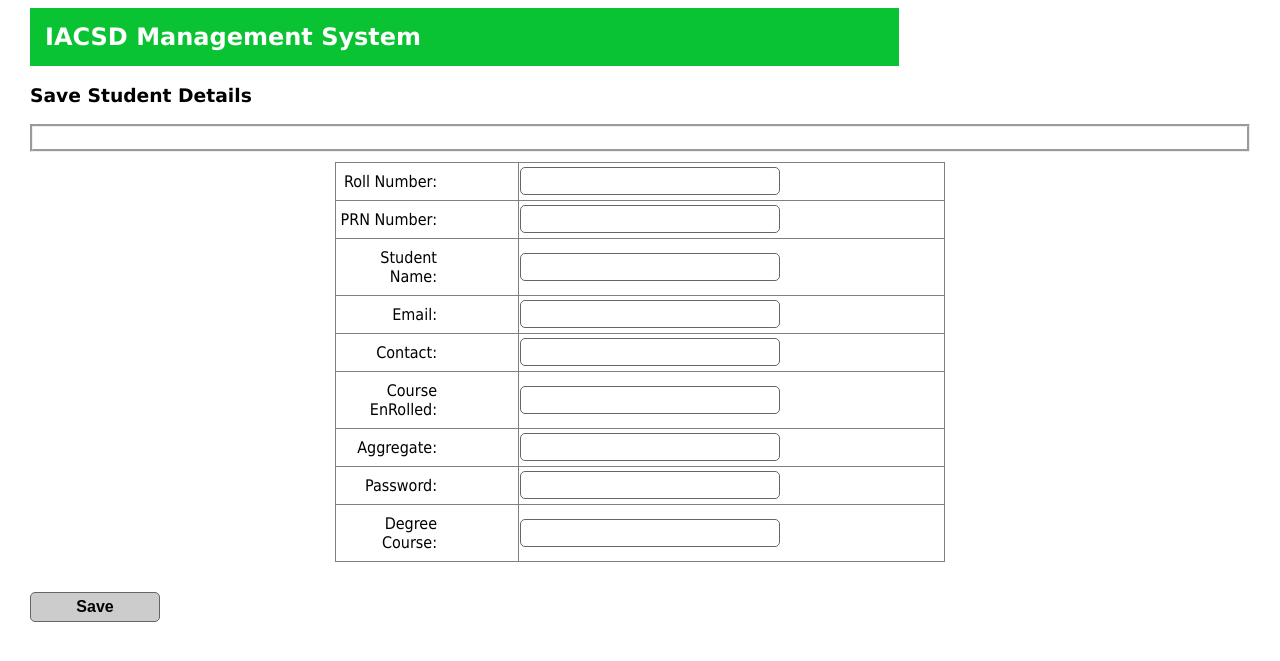
Repository: vsc8791/IMS
Page: http://localhost/web-customer-tracker/WEB-INF/view/student-register-form.jsp
These files come from the project's save history. The page is drawn as it stood at one moment and after the next save; the edit follows.
The browser window is 1280 px wide. The pictures show the whole page.
The page is served by Tomcat 9. Nobody is signed in. Other server files are loaded and not shown. The template is opened directly, without the code that normally fills it, so the values that code supplies are empty.

Above is the page before, as saved 2018-07-26 12:01:18.

### web-customer-tracker/WebContent/WEB-INF/view/student-register-form.jsp
 <%@ taglib prefix="form" uri="http://www.springframework.org/tags/form"%>
<!DOCTYPE html>
<html>
<head>

<title>Save Student</title>
<link type="text/css" rel="stylesheet"
	href="${pageContext.request.contextPath}/resources/css/style.css">

<title>Save Student</title>
<link type="text/css" rel="stylesheet"
	href="${pageContext.request.contextPath}/resources/css/add-customer-style.css">
</head>
<body>
	<div id="wrapper">
		<div id="header">
			<h2>IACSD Management System</h2>
		</div>
	</div>
	<div>
		<h3>Save Student Details</h3>
		<div align="center" style="color:maroon;border: groove;">
		<h1> ${message} </h1>
	</div>
		<form:form action="saveStudentRegistration" modelAttribute="student"
			method="POST">
			<!-- need to associate this data with Student Id -->
			<form:hidden path="id"/>

			<table align="center" border="1">
				<tbody>
					<tr>
						<td><label>Roll Number:</label></td>
						<td><form:input path="rollNumber" type="number" /></td>
					</tr>
					<tr>
						<td><label>PRN Number:</label></td>
						<td><form:input path="prnNumber" type="number"/></td>
					</tr>
					<tr>
						<td><label>Student Name:</label></td>
						<td><form:input path="studentName" /></td>
					</tr>
					<tr>
						<td><label>Email:</label></td>
						<td><form:input path="email" type="email"/></td>
					</tr>
					<tr>
						<td><label>Contact:</label></td>
						<td><form:input path="contact" /></td>
					</tr>
					<tr>
						<td><label>Course EnRolled:</label></td>
						<td><form:input path="course_enrolled" /></td>
					</tr>
					<tr>
						<td><label>Aggregate:</label></td>
						<td><form:input path="aggregate"/></td>
					</tr>
					<tr>
						<td><label>Password:</label></td>
						<td><form:input path="password" type="password" /></td>
					</tr>
					<tr>
						<td><label>Degree Course:</label></td>
						<td><form:input path="degree_course"/></td>
					</tr>

				</tbody>
			</table>


						<input  type="submit" value="Save" class="save" />

		</form:form>

</div>
</body>

</html>

### web-customer-tracker/WebContent/resources/css/style.css
html, body{
	margin-left:15px; margin-right:15px;
	padding:0px;
	font-family:Verdana, Arial, Helvetica, sans-serif;
}

table {
	border-collapse:collapse;
	border-bottom:1px solid gray;
	font-family: Tahoma,Verdana,Segoe,sans-serif;
	width:72%;
}

th {
	border-bottom:1px solid gray;
	background:none repeat scroll 0 0 #09c332;
	padding:10px;
	color: #FFFFFF;
}

tr {
	border-top:1px solid gray;
	text-align:center;
}

tr:nth-child(even) {background: #FFFFFF}
tr:nth-child(odd) {background: #BBBBBB}

#wrapper {width: 100%; margin-top: 0px; }
#header {width: 70%; background:#09c332; margin-top: 0px; padding:15px 0px 15px 15px;}
#header h2 {width: 100%; margin:auto; color: #FFFFFF;}
#container {width: 100%; margin:auto}
#container h3 {color: #000;}
#container #content {margin-top: 20px;}

.add-button {
	border: 1px solid #666;
	border-radius: 5px;
	padding: 4px;
	font-size: 12px;
	font-weight: bold;
	width: 120px;
	padding: 5px 10px;

	margin-bottom: 15px;
	background: #cccccc;
}

Loaded but not shown: web-customer-tracker/WebContent/resources/css/add-customer-style.css (common file)

After the next save:
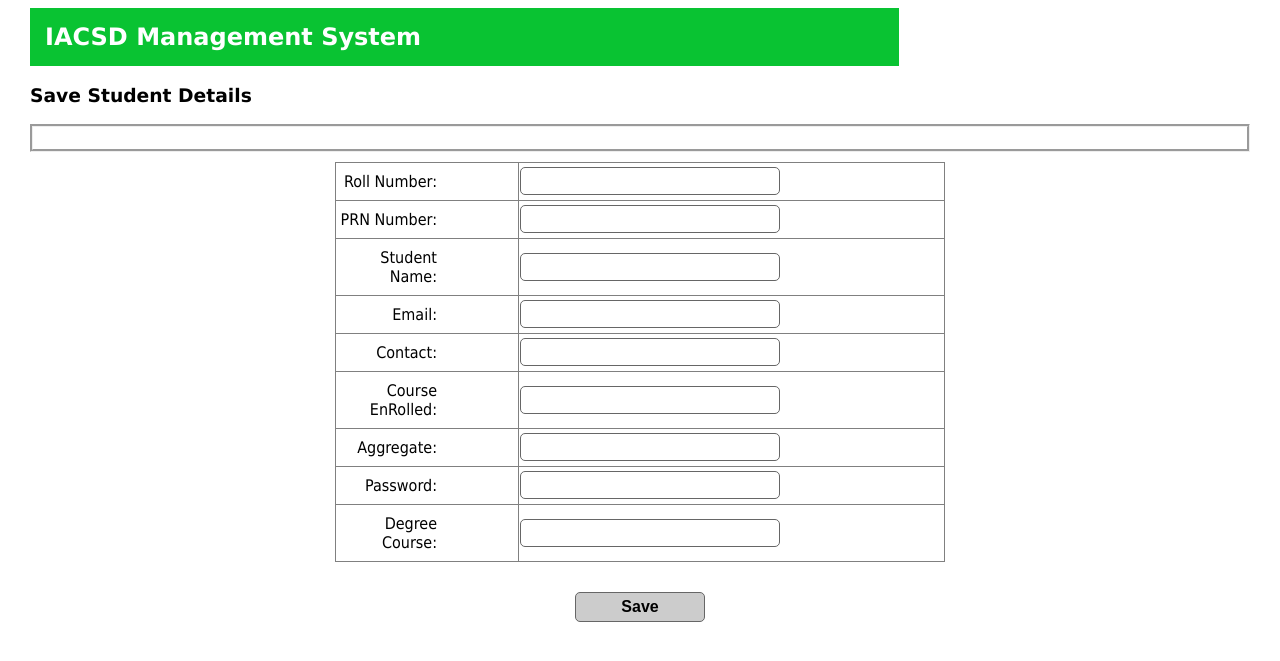
Saved 26 s later.
--- a/web-customer-tracker/WebContent/WEB-INF/view/student-register-form.jsp
+++ b/web-customer-tracker/WebContent/WEB-INF/view/student-register-form.jsp
@@ -70,7 +70,7 @@
 			</table>
 
 
-						<input  type="submit" value="Save" class="save" />
+					<center><input  type="submit" value="Save" class="save" /></center>
 
 		</form:form>
 
